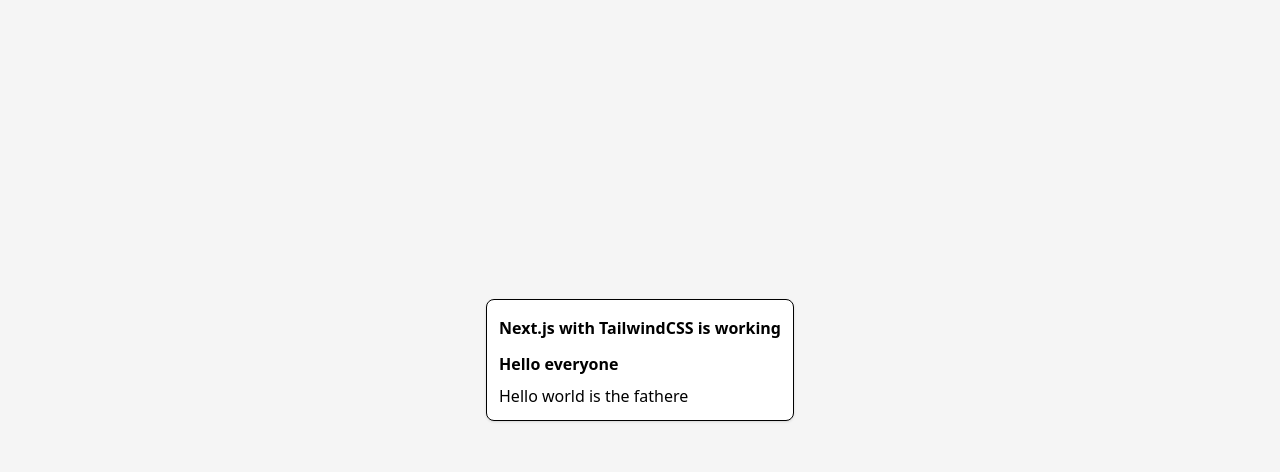
Repository: vignesh33654/resizablesidebar
Page: /
An editor plug-in stored every save of this project. The page is shown before and after a run of saves, followed by the edit.
The browser window is 1280 px wide. The pictures show the whole page.
The project was rebuilt for these pictures with package versions that can differ from the ones it lists, and the page was loaded fresh each time.

Above is the page before, as saved 2025-11-11 12:18:47.

After the next 3 saves:
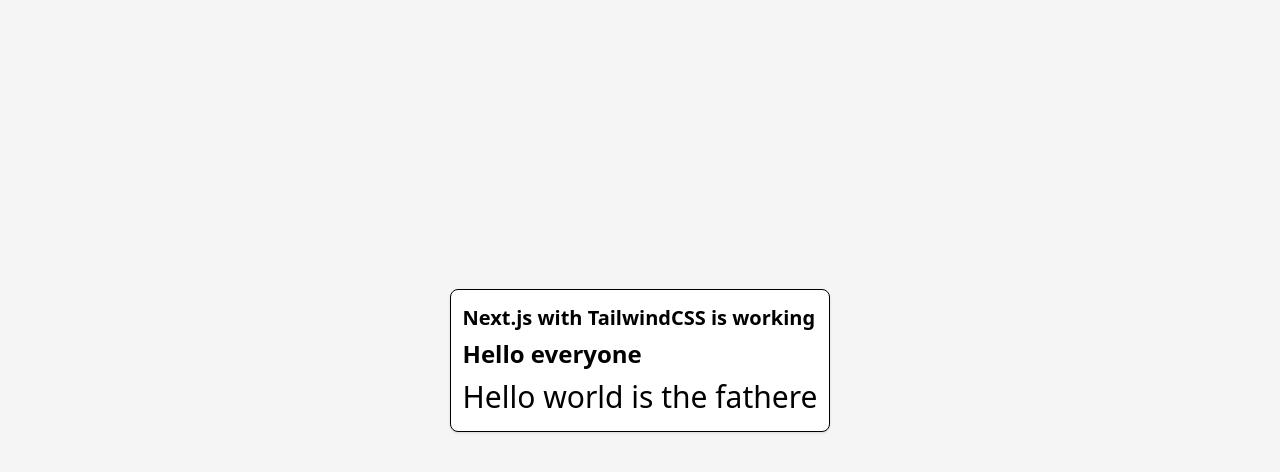
The 3 saves are shown as one change because they came seconds apart.
The last was saved 12 s later.
--- a/src/index.css
+++ b/src/index.css
@@ -18,16 +18,19 @@
   --color-Bg-2: #f1f0f1;
   --color-border-primary:#e6e6e6;
 
---text--h1{
-  font-size: 30px;
-  font-weight: 600;
-  line-height: 40px;
-  letter-spacing: -2.1%;
+--text-h1: 30px;
+--text-h2: 24px;
+--text-h3: 20px;
+--text-body-16: 16px;
+--text-body-14: 14px;
+--text-body-13: 13px;
+--text-small-12: 12px;
+--text-small-11: 11px;
+--text-small-10: 10px;
 }
 
-}
 @layer base {
- typeography h1 {
+  h1 {
     font-size: var(--text-h1);
     font-weight: 600;
     line-height: 40px;
